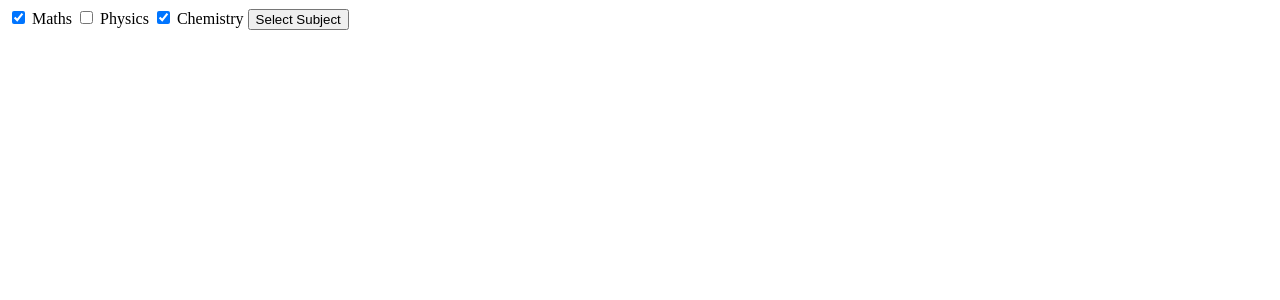
Repository: auaheuyap/Java
Page: cobaservlet/WebContent/CheckBox.html
The author's editor kept a copy of each file at every save. The page is drawn from the files as they stood at one save, then again after the next save.
The browser window is 1280 px wide. The pictures show the whole page.

Above is the page before, as saved 2017-06-13 11:19:27.

After the next save:
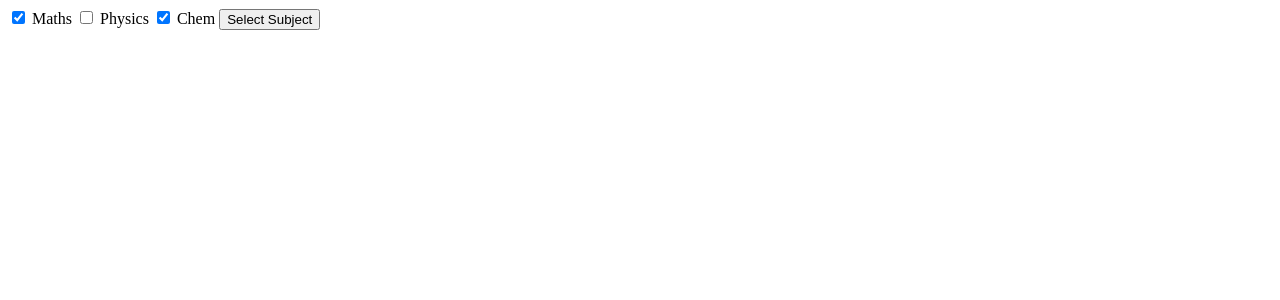
Saved 4 min 6 s later.
--- a/cobaservlet/WebContent/CheckBox.html
+++ b/cobaservlet/WebContent/CheckBox.html
@@ -1,10 +1,9 @@
 <html>
    <body>
-      <form action="CheckBox" method="POST" target="_blank">
+      <form action="ReadParams" method="POST" target="_blank">
          <input type="checkbox" name="maths" checked="checked" /> Maths
          <input type="checkbox" name="physics"  /> Physics
-         <input type="checkbox" name="chemistry" checked="checked" />
-                                                Chemistry
+         <input type="checkbox" name="chemistry" checked="checked" /> Chem
          <input type="submit" value="Select Subject" />
       </form>
    </body>
